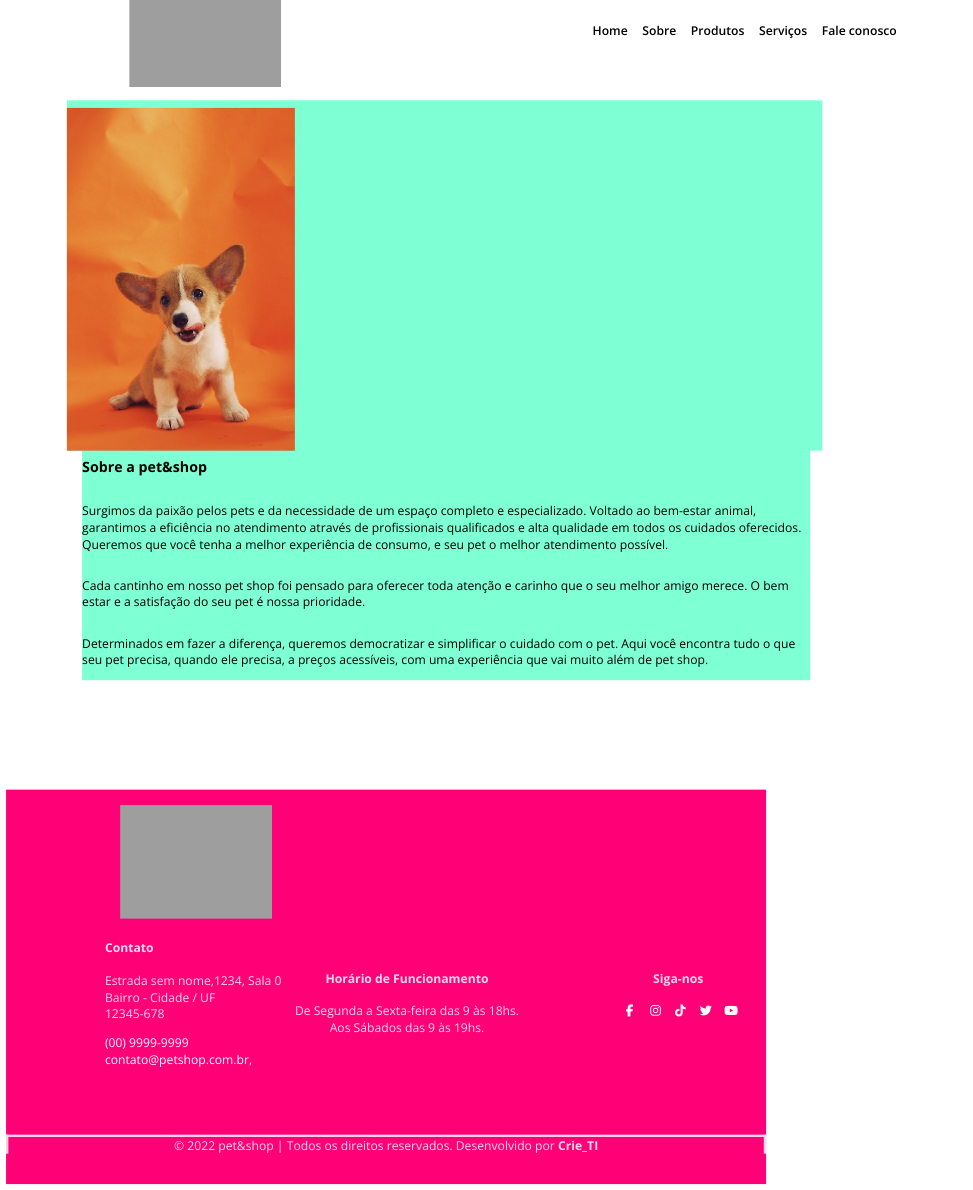
Repository: Iluiscarlos/Projeto-Site-PetShop
Page: About.html
An editor plug-in stored every save of this project. The page is shown before and after the next save, followed by the edit.
The browser window is 1280 px wide. The pictures show the whole page, at 76% of full size.
Pictures or frames that could not be fetched are drawn as grey boxes. Some web libraries are served in a nearby version.

Above is the page before, as saved 2022-04-24 19:49:50.

After the next save:
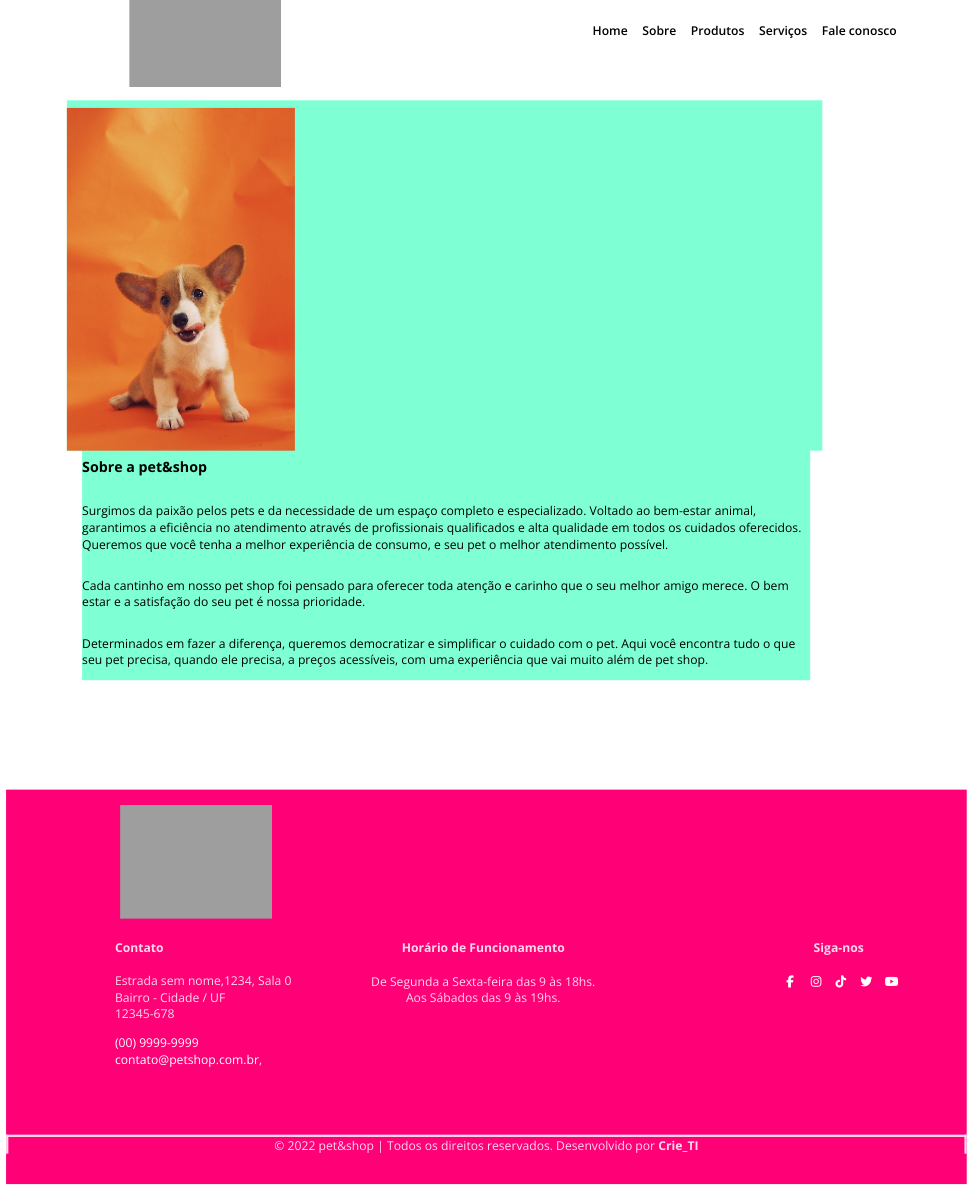
Saved 24 s later.
--- a/About.html
+++ b/About.html
@@ -129,8 +129,8 @@
     }
 
     .section-contacts{
-      width: 1000px;
-        background-color: #ff0077;
+      width:100%;
+      background-color: #ff0077;
       color:#ffd8ea;
       padding-top: 20px;
       padding-bottom: 40px;
